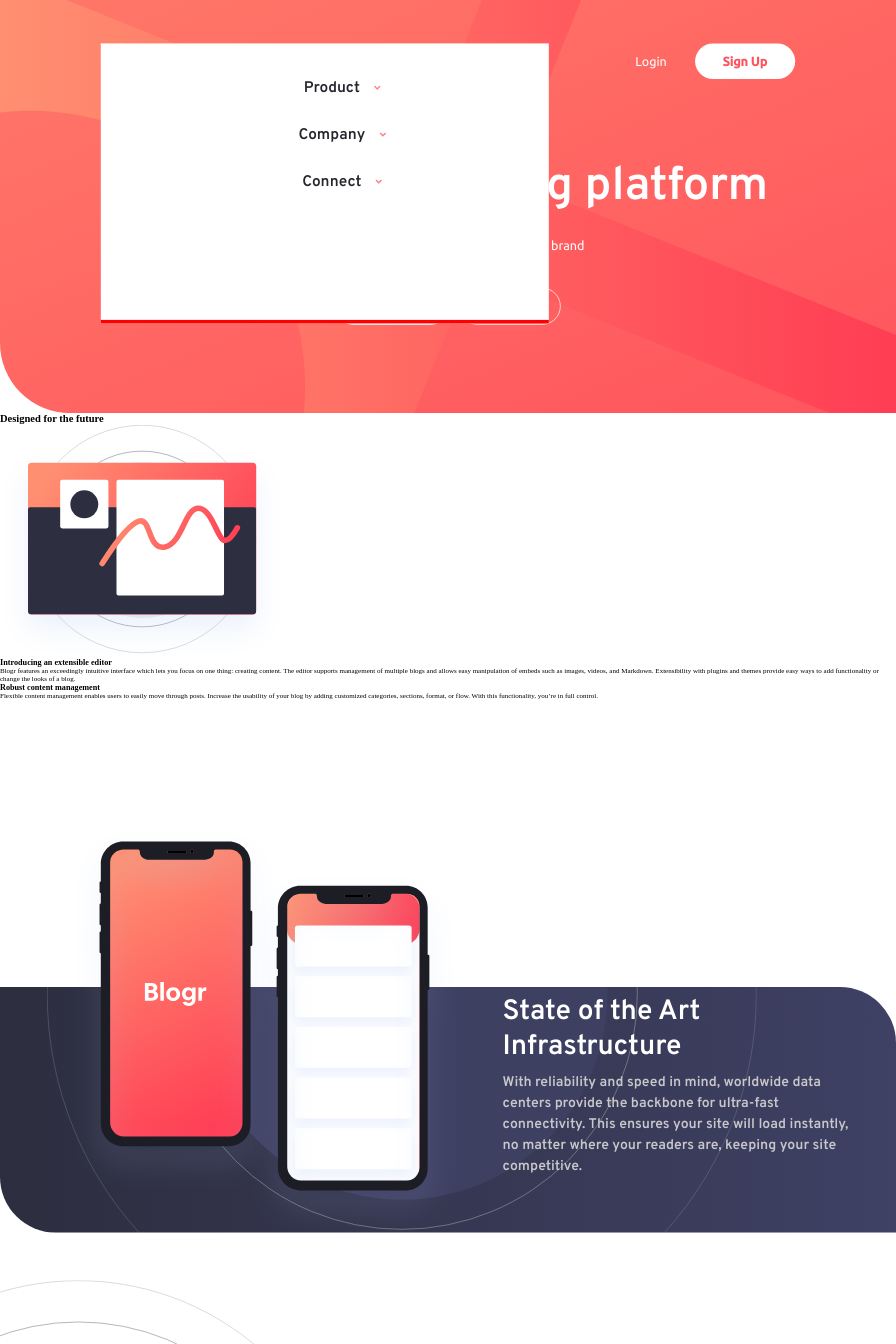
Repository: tomas938/tomaspage3
Page: index.html
An editor plug-in stored every save of this project. The page is shown before and after the next save, followed by the edit.
The browser window is 1280 px wide. The pictures show the part of the page from y = 0 to 1920 px (the page is 3157 px tall), at 70% of full size.
The style sheet was rebuilt from its Sass, Less or Tailwind sources for each picture, by a compiler version that may differ from the author's.

Above is the page before, as saved 2021-07-30 17:15:01.

After the next save:
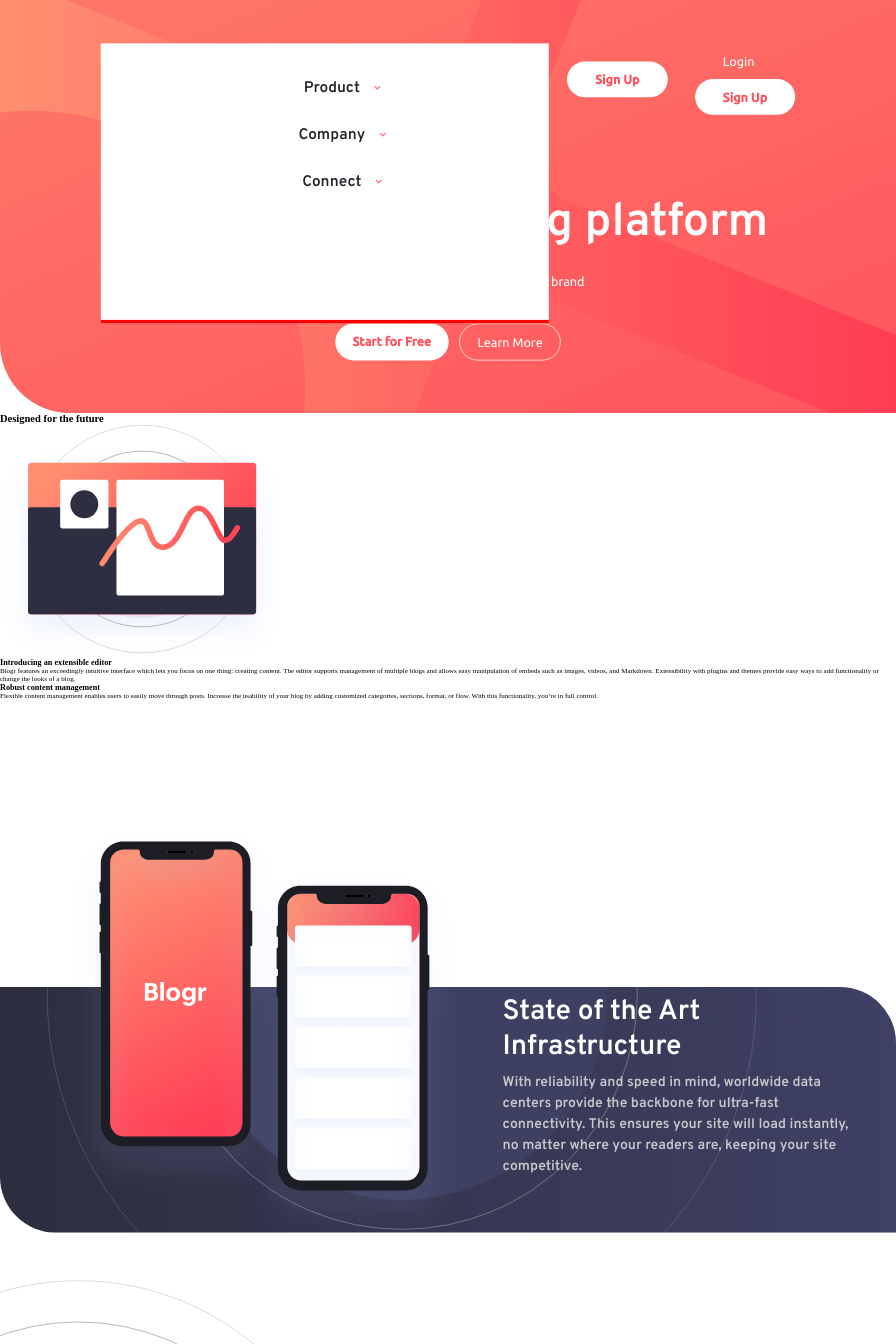
Saved 37 s later.
--- a/index.html
+++ b/index.html
@@ -115,6 +115,10 @@
 							</svg>
 						</li>
 					</ul>
+					<div class="buttons">
+						<div class="button button--1">Login</div>
+						<div class="button button--2">Sign Up</div>
+					</div>
 				</nav>
 			</header>
 			<div class="intro__description">

After the save that followed:
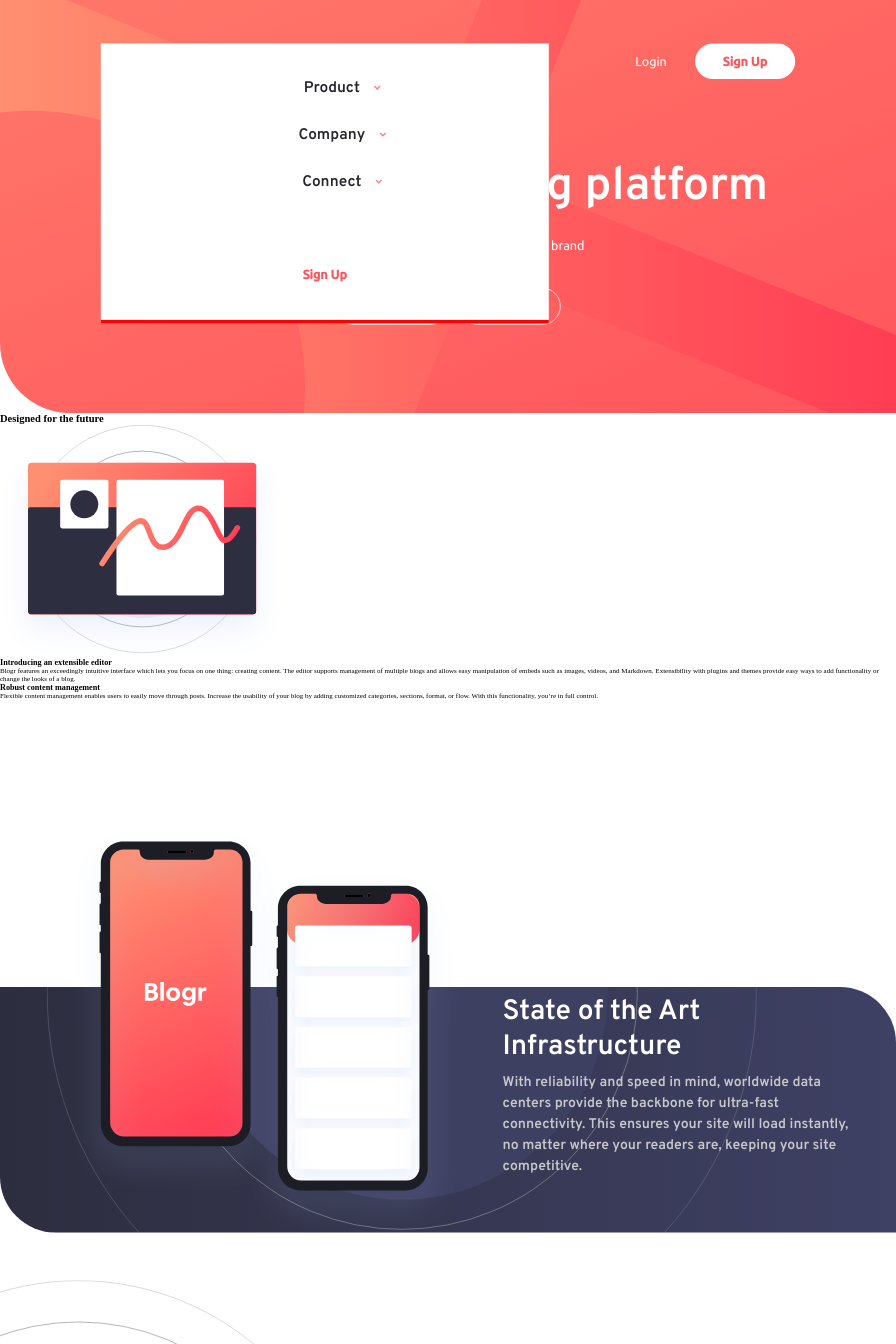
Saved 11 s later.
--- a/index.html
+++ b/index.html
@@ -114,11 +114,11 @@
 								/>
 							</svg>
 						</li>
+						<div class="buttons">
+							<div class="button button--1">Login</div>
+							<div class="button button--2">Sign Up</div>
+						</div>
 					</ul>
-					<div class="buttons">
-						<div class="button button--1">Login</div>
-						<div class="button button--2">Sign Up</div>
-					</div>
 				</nav>
 			</header>
 			<div class="intro__description">
